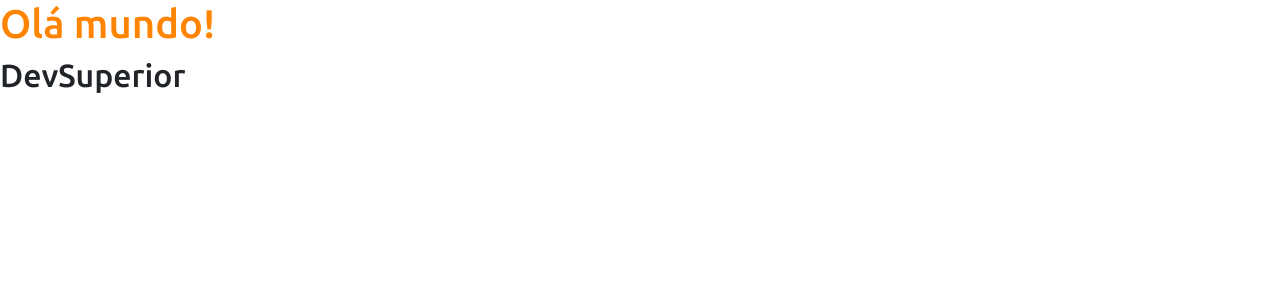
Repository: MayconInforGames2017/evento-dev-superior
Page: / (app in frontend/)
An editor plug-in stored every save of this project. The page is shown before and after the next save, followed by the edit.
The browser window is 1280 px wide. The pictures show the whole page.
The project was rebuilt for these pictures with package versions that can differ from the ones it lists, and the page was loaded fresh each time.

Above is the page before, as saved 2021-09-07 11:32:52.

### frontend/public/index.html
<!DOCTYPE html>
<html lang="pt_BR">

<head>
    <meta charset="utf-8" />
    <link rel="icon" href="%PUBLIC_URL%/favicon.ico" />
    <meta name="viewport" content="width=device-width, initial-scale=1" />
    <meta name="theme-color" content="#000000" />
    <meta name="description" content="Este app foi desenvolvido na Semana Spring React" />
    <title>DSVendas</title>
</head>

<body>
    <noscript>Você precisa habilitar o JavaScript.</noscript>
    <div id="root"></div>
</body>

</html>

### frontend/src/assets/css/styles.css
@import url('https://fonts.googleapis.com/css2?family=Ubuntu:wght@300;400;500;700&display=swap');
:root {
    --color-primary: #FF8400;
}

html,
body {
    height: 100%;
    font-family: "Ubuntu", sans-serif;
}

#root {
    display: flex;
    flex-direction: column;
    height: 100%;
}

.content {
    flex: 1 0 auto;
}

.footer {
    flex-shrink: 0;
    text-align: center;
}

.bg-primary {
    background-color: var(--color-primary) !important;
}

.text-primary {
    color: var(--color-primary) !important;
}

### frontend/src/App.tsx
import NavBar from "components/NavBar";

function App() {
  return (
    <div>
      <h1 className="text-primary">Olá mundo!</h1>
      <NavBar/>
    </div>
  );
}

export default App;

### frontend/src/components/NavBar/index.tsx
function NavBar() {
    return (
      <div>
        <h2>DevSuperior</h2>
      </div>
    );
  }

  export default NavBar;

Loaded but not shown: frontend/src/index.tsx (common file)

After the next save:
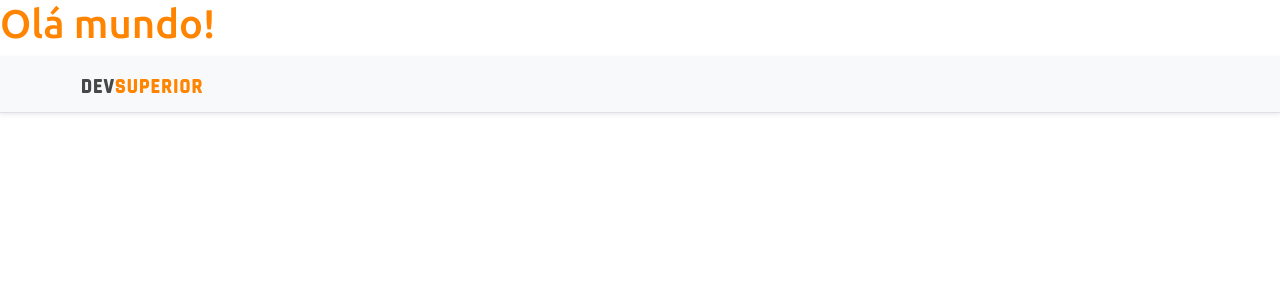
Saved 7 min 10 s later.
--- a/frontend/src/components/NavBar/index.tsx
+++ b/frontend/src/components/NavBar/index.tsx
@@ -1,7 +1,13 @@
-function NavBar() {
+import ImgDsDark from 'assets/img/ds-dark.svg';
+
+const NavBar = () => {
     return (
-      <div>
-        <h2>DevSuperior</h2>
+        <div className="d-flex flex-column flex-md-row align-items-center p-3 px-md-4 mb-3 bg-light border-bottom shadow-sm">
+            <div className="container">
+                <nav className="my-2 my-md-0 mr-md-3">
+                    <img src={ImgDsDark} alt="DevSuperior" width="120" />
+                </nav>
+            </div>
       </div>
     );
   }
